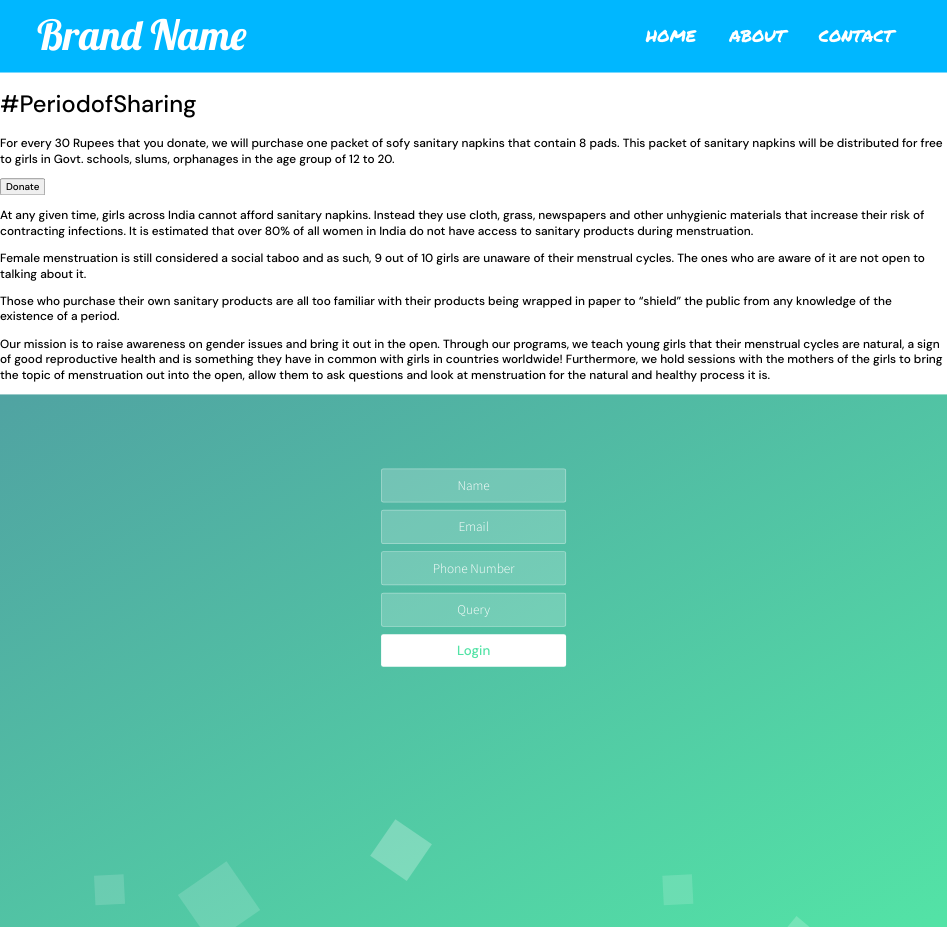
Repository: Jrap-bit/PeriodofSharing
Page: index.html
These files come from the project's save history. The page is drawn as it stood at one moment and after the next save; the edit follows.
The browser window is 1280 px wide. The pictures show the whole page, at 74% of full size.

Above is the page before, as saved 2022-01-14 00:16:42.

### index.html
<!DOCTYPE html>
<html lang="en">
  <head>
    <meta charset="UTF-8" />
    <meta http-equiv="X-UA-Compatible" content="IE=edge" />
    <meta name="viewport" content="width=device-width, initial-scale=1.0" />
    <link rel="stylesheet" href="style.css" />
    <title>#PeriodofSharing</title>
  </head>
  <body>
    <nav class="navbar">
      <div class="brand-title">Brand Name</div>
      <a href="#" class="toggle-button">
        <span class="bar"></span>
        <span class="bar"></span>
        <span class="bar"></span>
      </a>
      <div class="navbar-links">
        <ul>
          <li><a href="#Home">HOME</a></li>
          <li><a href="#About">ABOUT</a></li>
          <li><a href="#Contact">CONTACT</a></li>
        </ul>
      </div>
    </nav>
    <div id="Home" class="home">
      <h1>#PeriodofSharing</h1>
      <p>
        For every 30 Rupees that you donate, we will purchase one packet of sofy
        sanitary napkins that contain 8 pads. This packet of sanitary napkins
        will be distributed for free to girls in Govt. schools, slums,
        orphanages in the age group of 12 to 20.
      </p>
      <div>
        <button class="donate-button" href="Donate.html">Donate</button>
      </div>
    </div>
    <div id="About" class="about">
      <p>
        At any given time, girls across India cannot afford sanitary napkins.
        Instead they use cloth, grass, newspapers and other unhygienic materials
        that increase their risk of contracting infections. It is estimated that
        over 80% of all women in India do not have access to sanitary products
        during menstruation.
      </p>
      <p>
        Female menstruation is still considered a social taboo and as such, 9
        out of 10 girls are unaware of their menstrual cycles. The ones who are
        aware of it are not open to talking about it.
      </p>
      <p>
        Those who purchase their own sanitary products are all too familiar with
        their products being wrapped in paper to “shield” the public from any
        knowledge of the existence of a period.
      </p>
      <p>
        Our mission is to raise awareness on gender issues and bring it out in
        the open. Through our programs, we teach young girls that their
        menstrual cycles are natural, a sign of good reproductive health and is
        something they have in common with girls in countries worldwide!
        Furthermore, we hold sessions with the mothers of the girls to bring the
        topic of menstruation out into the open, allow them to ask questions and
        look at menstruation for the natural and healthy process it is.
      </p>
    </div>
    <div class = "contact" id = "Contact">
        <div class="wrapper">
            <div class="container">
                <form class="form">
                    <input type="text" placeholder="Name">
                    <input type="text" placeholder="Email">
                    <input type="text" placeholder="Phone Number">
                    <input type="text" placeholder="Query">
                    <button type="submit" id="login-button">Login</button>
                </form>
            </div>

            <ul class="bg-bubbles">
                <li></li>
                <li></li>
                <li></li>
                <li></li>
                <li></li>
                <li></li>
                <li></li>
                <li></li>
                <li></li>
                <li></li>
            </ul>
        </div>
    </div>
  </body>
</html>

### style.css
@import url('https://fonts.googleapis.com/css2?family=DM+Sans:wght@500&display=swap');
@import url('https://fonts.googleapis.com/css2?family=Bebas+Neue&family=Lobster&family=Permanent+Marker&display=swap');
@import url('https://fonts.googleapis.com/css?family=Source+Sans+Pro:200,300');


* {
    box-sizing: border-box;
    font-family: 'DM Sans', sans-serif;
    font-weight: 300;
}

body {
    margin: 0;
    padding: 0;
    font-family: 'Source Sans Pro', sans-serif;
	 color: black;
	 font-weight: 300;
}

body ::-webkit-input-placeholder {
    font-family: 'Source Sans Pro', sans-serif;
    color: white;
    font-weight: 300;
}
body :-moz-placeholder {
    font-family: 'Source Sans Pro', sans-serif;
    color: white;
    opacity: 1;
    font-weight: 300;
}
body ::-moz-placeholder {
    font-family: 'Source Sans Pro', sans-serif;
    color: white;
    opacity: 1;
    font-weight: 300;
}
body :-ms-input-placeholder {
    font-family: 'Source Sans Pro', sans-serif;
    color: white;
    font-weight: 300;
}
.wrapper {
    background: #50a3a2;
    background: -webkit-linear-gradient(top left,#50a3a2 0%,#53e3a6 100%);
    background: -moz-linear-gradient(top left,#50a3a2 0%,#53e3a6 100%);
    background: -o-linear-gradient(top left,#50a3a2 0%,#53e3a6 100%);
    background: linear-gradient(to bottom right,#50a3a2 0%,#53e3a6 100%);
    position: absolute;
    left: 0;
    width: 100%;
    height: 100vh;
    /* margin-top: -200px; */
    overflow: hidden;
}
.wrapper.form-success .container h1 {
    transform: translateY(85px);
}
.container {
    max-width: 600px;
    margin: 0 auto;
    padding: 80px 0;
    height: 400px;
    text-align: center;
}
.container h1 {
    font-size: 40px;
    transition-duration: 1s;
    transition-timing-function: ease-in-put;
    font-weight: 200;
}
form {
    padding: 20px 0;
    position: relative;
    z-index: 2;
}
form input {
    display: block;
    appearance: none;
    outline: 0;
    border: 1px solid rgba(255,255,255,0.4);
    background-color: rgba(255,255,255,0.2);
    width: 250px;
    border-radius: 3px;
    padding: 10px 15px;
    margin: 0 auto 10px auto;
    text-align: center;
    font-size: 18px;
    color: white;
    transition-duration: 0.25s;
    font-weight: 300;
}
form input:hover {
    background-color: rgba(255,255,255,0.4);
}
form input:focus {
    background-color: white;
    width: 300px;
    color: #53e3a6;
}
form button {
    appearance: none;
    outline: 0;
    background-color: white;
    border: 0;
    padding: 10px 15px;
    color: #53e3a6;
    border-radius: 3px;
    width: 250px;
    cursor: pointer;
    font-size: 18px;
    transition-duration: 0.25s;
}
form button:hover {
    background-color: #f5f7f9;
}
.bg-bubbles {
    position: absolute;
    top: 0;
    left: 0;
    width: 100%;
    height: 100%;
    z-index: 1;
}
.bg-bubbles li {
    position: absolute;
    list-style: none;
    display: block;
    width: 40px;
    height: 40px;
    background-color: rgba(255,255,255,0.15);
    bottom: -160px;
    -webkit-animation: square 25s infinite;
    animation: square 25s infinite;
    -webkit-transition-timing-function: linear;
    transition-timing-function: linear;
}
.bg-bubbles li:nth-child(1) {
    left: 10%;
}
.bg-bubbles li:nth-child(2) {
    left: 20%;
    width: 80px;
    height: 80px;
    animation-delay: 2s;
    animation-duration: 17s;
}
.bg-bubbles li:nth-child(3) {
    left: 25%;
    animation-delay: 4s;
}
.bg-bubbles li:nth-child(4) {
    left: 40%;
    width: 60px;
    height: 60px;
    animation-duration: 22s;
    background-color: rgba(255,255,255,0.25);
}
.bg-bubbles li:nth-child(5) {
    left: 70%;
}
.bg-bubbles li:nth-child(6) {
    left: 80%;
    width: 120px;
    height: 120px;
    animation-delay: 3s;
    background-color: rgba(255,255,255,0.2);
}
.bg-bubbles li:nth-child(7) {
    left: 32%;
    width: 160px;
    height: 160px;
    animation-delay: 7s;
}
.bg-bubbles li:nth-child(8) {
    left: 55%;
    width: 20px;
    height: 20px;
    animation-delay: 15s;
    animation-duration: 40s;
}
.bg-bubbles li:nth-child(9) {
    left: 25%;
    width: 10px;
    height: 10px;
    animation-delay: 2s;
    animation-duration: 40s;
    background-color: rgba(255,255,255,0.3);
}
.bg-bubbles li:nth-child(10) {
    left: 90%;
    width: 160px;
    height: 160px;
    animation-delay: 11s;
}
@-webkit-keyframes square {
    0% {
        transform: translateY(0);
   }
    100% {
        transform: translateY(-700px) rotate(600deg);
   }
}
@keyframes square {
    0% {
        transform: translateY(0);
   }
    100% {
        transform: translateY(-700px) rotate(600deg);
   }
}

html{
    scroll-behavior: smooth;
}

.navbar{
    display: flex;
    justify-content: space-between;
    align-items: center;
    background-color: rgb(0, 183, 255);
    color: white;

}

.brand-title{
    font-family: 'Lobster', cursive;
    font-size: 3.5rem;
    margin: 10px 50px;
    margin-bottom: 15px;

}

.navbar-links ul{
    margin: 10px 50px 10px 50px;
    display: flex;
}

.navbar-links li {
    font-family: 'Permanent Marker', cursive;
    font-weight: bold;
    list-style: none;
    font-size: 1.4rem;

}

.navbar-links li a{
    font-family: 'Permanent Marker', cursive;
    text-decoration: none;
    color: white;
    padding: 1.4rem;
    display: block;
}

.navbar-links li:hover{
    background-color: rgb(1, 54, 75);
}

.toggle-button {
    position: absolute;
    top: .75rem;
    right: 1rem;
    display: none;
    flex-direction: column;
    justify-content: space-between;
    width: 30px;
    height: 21px;
}

.toggle-button .bar{
    height: 3px;
    width: 100%;
    background-color: white;
    border-radius: 10px;
}

@media (max-width: 800px) {
    .toggle-button{
        display: flex;
    }
    .navbar-links{
        display: none;
        width: 100%;
    }

    .navbar{
        flex-direction: column;
        align-items: flex-start;
    }

    .navbar-links ul {
        flex-direction: column;
        width: 100%;

    }

    .navbar-links li{
        text-align: center;
    }

    .navbar-links li a{
        padding: 0.5rem 1rem;
    }

    .navbar-links.active{
        display: flex;
    }

    .toggle-button:hover{
        background-color: #666;
    }
}

After the next save:
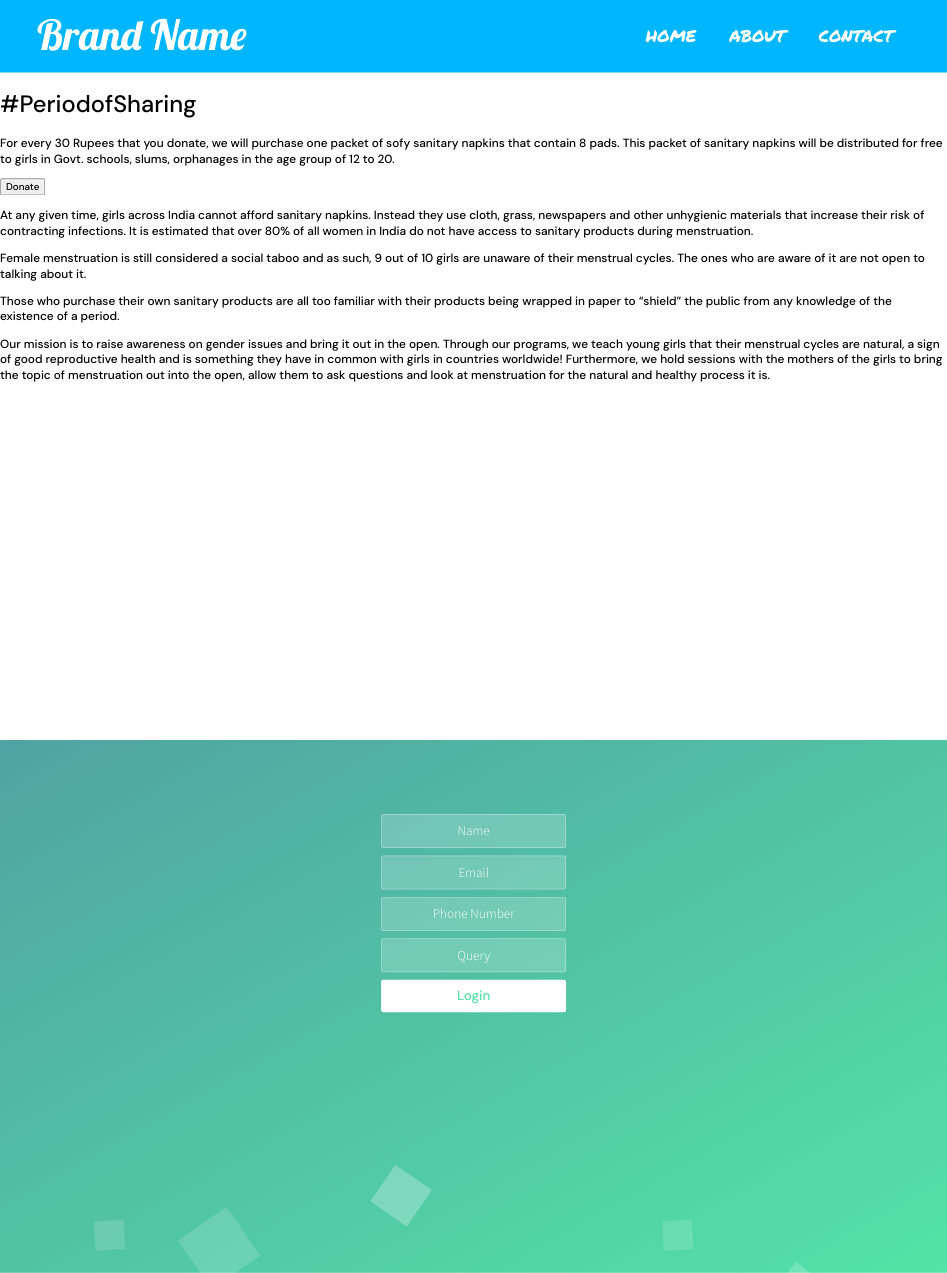
Saved 57 s later.
--- a/style.css
+++ b/style.css
@@ -272,6 +272,9 @@ html{
     background-color: white;
     border-radius: 10px;
 }
+.about{
+    height: 100vh;
+}
 
 @media (max-width: 800px) {
     .toggle-button{
